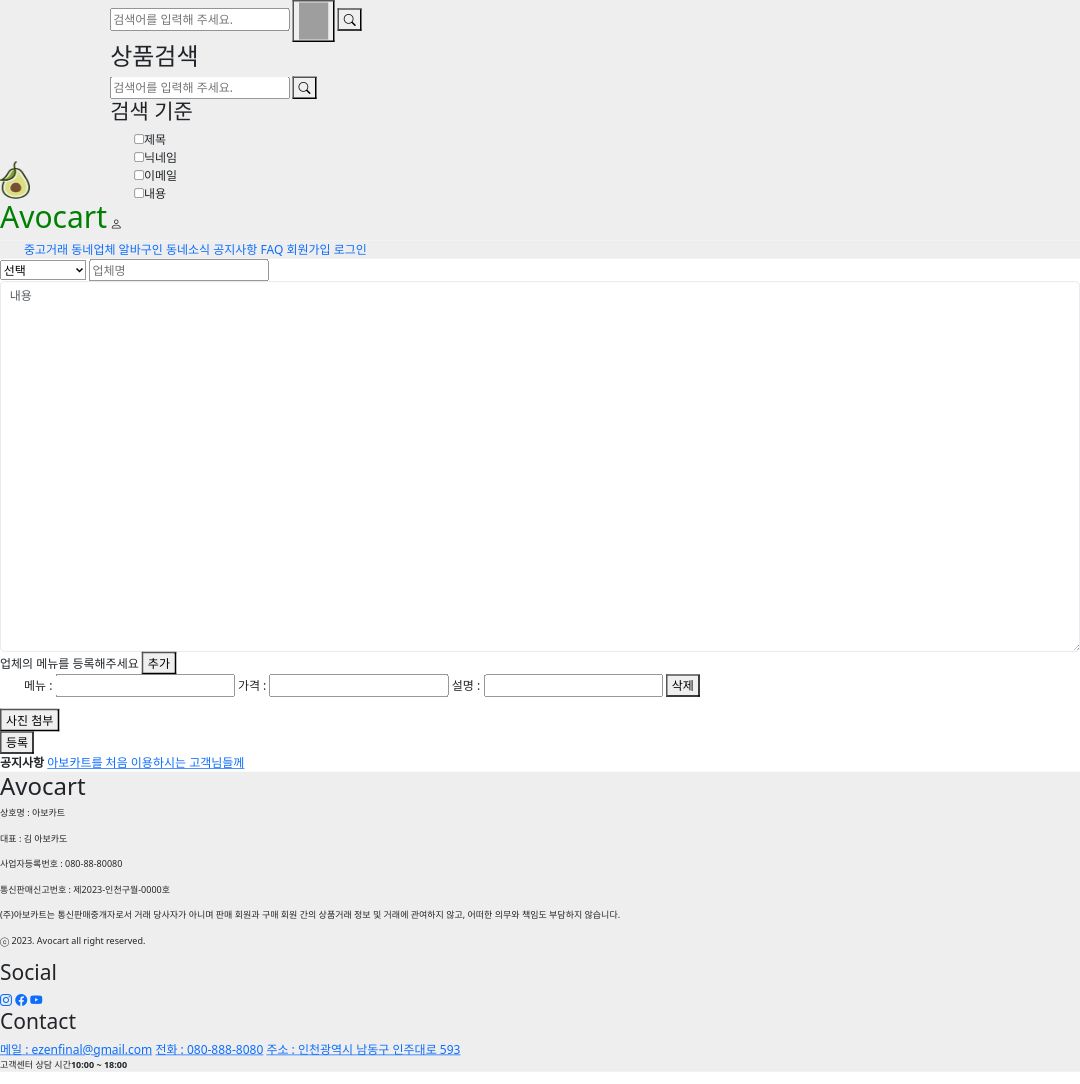
Repository: kimms0311/finalProject
Page: http://localhost/finalProject/WEB-INF/views/store/register.jsp
The author's editor kept a copy of each file at every save. The page is drawn from the files as they stood at one save, then again after the next save.
The browser window is 1280 px wide. The page is 1440 px wide, so the pictures cover 1440 px, including what lies to the right of the window. The pictures show the whole page, at 75% of full size.
Pictures or frames that could not be fetched are drawn as grey boxes. The page is served by Tomcat 9. Nobody is signed in. The template is opened directly, without the code that normally fills it, so the values that code supplies are empty.

Above is the page before, as saved 2023-11-24 07:54:00.
Console error: TypeError: Cannot read properties of null (reading 'addEventListener')

After the next save:
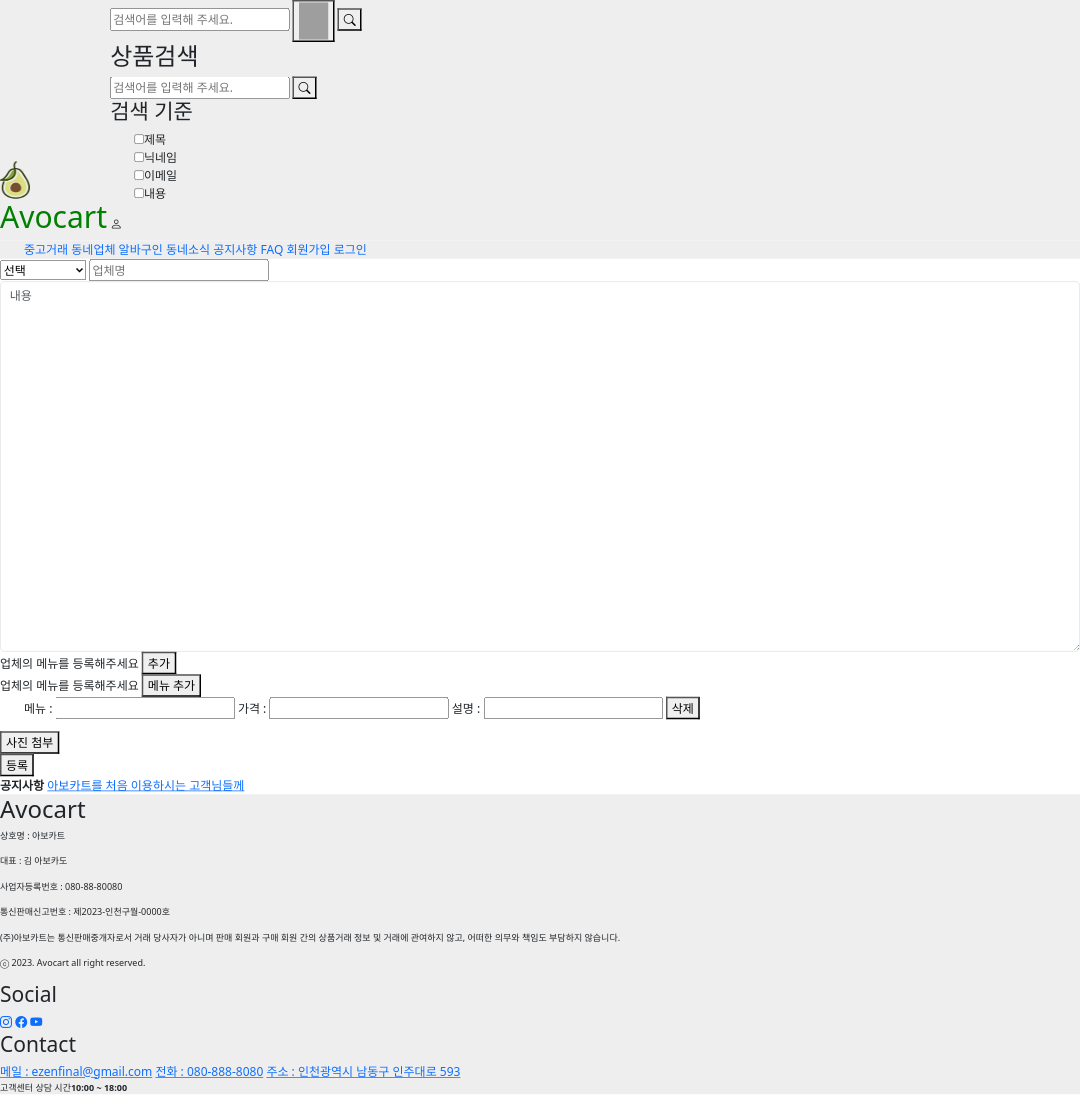
Saved 71 s later.
--- a/finalProject/src/main/webapp/WEB-INF/views/store/register.jsp
+++ b/finalProject/src/main/webapp/WEB-INF/views/store/register.jsp
@@ -35,10 +35,23 @@
 <!-- <button type="button" id="addMenu">메뉴 추가</button> -->
 
 <div>업체의 메뉴를 등록해주세요 <button type="button" id="addMenu">추가</button></div>
-<div id="menuContainer">
+<!-- <div id="menuContainer">
 <ul id="menuList">
 <li>
-<!-- padding-left 수정 -->
+padding-left 수정
+메뉴 : <input type="text" name="strMenu" id="menu" >
+가격 : <input type="text" name="strPrice" id="price">
+설명 : <input type="text" name="strExplain" id="explain">
+<button type="button" id="delMenu">삭제</button>
+</li>
+</ul>
+</div> -->
+<div id="menuContainer">
+업체의 메뉴를 등록해주세요
+<button type="button" id="addMenu">메뉴 추가</button>
+    <ul id="menuList">
+    <li>
+
 메뉴 : <input type="text" name="strMenu" id="menu" >
 가격 : <input type="text" name="strPrice" id="price">
 설명 : <input type="text" name="strExplain" id="explain">

After the 2 saves that followed:
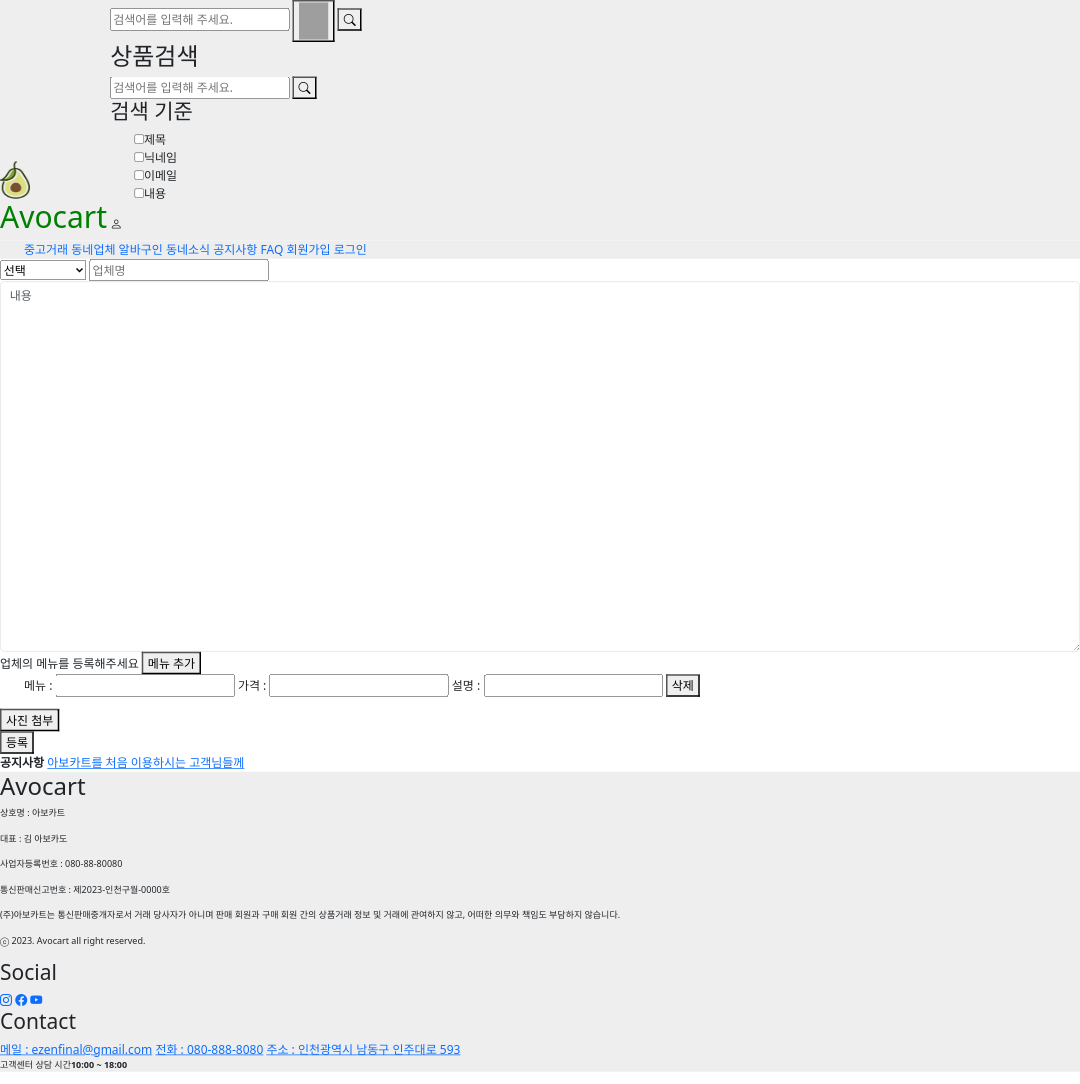
The 2 saves are shown as one change because 1 left the picture as it was.
The last was saved 34 s later.
--- a/finalProject/src/main/webapp/WEB-INF/views/store/register.jsp
+++ b/finalProject/src/main/webapp/WEB-INF/views/store/register.jsp
@@ -34,7 +34,7 @@
 
 <!-- <button type="button" id="addMenu">메뉴 추가</button> -->
 
-<div>업체의 메뉴를 등록해주세요 <button type="button" id="addMenu">추가</button></div>
+<!-- <div>업체의 메뉴를 등록해주세요 <button type="button" id="addMenu">추가</button></div> -->
 <!-- <div id="menuContainer">
 <ul id="menuList">
 <li>
@@ -49,9 +49,8 @@
 <div id="menuContainer">
 업체의 메뉴를 등록해주세요
 <button type="button" id="addMenu">메뉴 추가</button>
-    <ul id="menuList">
-    <li>
-
+<ul id="menuList">
+<li>
 메뉴 : <input type="text" name="strMenu" id="menu" >
 가격 : <input type="text" name="strPrice" id="price">
 설명 : <input type="text" name="strExplain" id="explain">
@@ -59,6 +58,7 @@
 </li>
 </ul>
 </div>
+
 <div id="menuZone">
 <!-- 메뉴 보기 -->
 </div>
